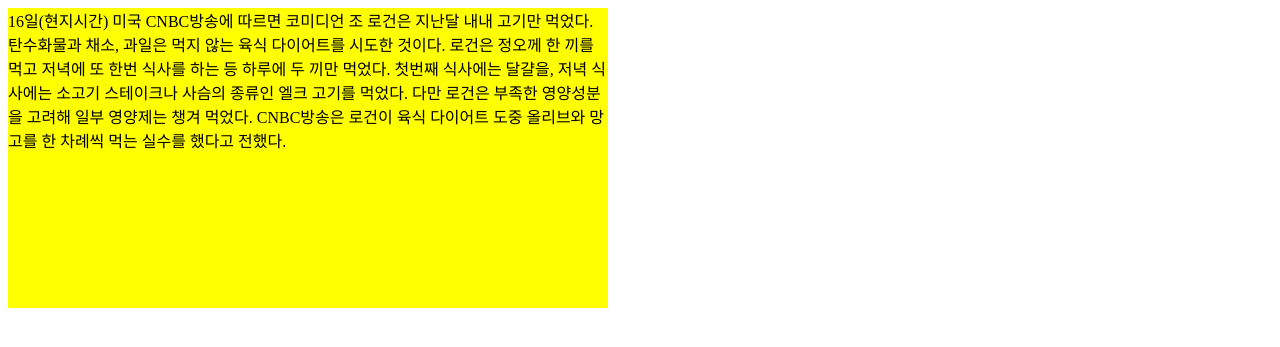
Repository: hminah0215/bitcamp
Page: http://localhost/day0217b/exam02/ex03.jsp
The author's editor kept a copy of each file at every save. The page is drawn from the files as they stood at one save, then again after the next save.
The browser window is 1280 px wide. The pictures show the whole page.
The page is served by Tomcat 9.

Above is the page before, as saved 2020-02-17 06:38:14.

### save_eclipse/day0217b/WebContent/exam02/ex03.jsp
<%@ page language="java" contentType="text/html; charset=UTF-8"
    pageEncoding="UTF-8"%>
<!DOCTYPE html>
<html>
<head>
<meta charset="UTF-8">
<title>Insert title here</title>
<style type="text/css">
	div{
		width: 600px;
		height: 300px;
		background: yellow;
	}
</style>
</head>
<body>
	<div>16일(현지시간) 미국 CNBC방송에 따르면 코미디언 조 로건은 지난달 내내 고기만 먹었다. 탄수화물과 채소, 과일은 먹지 않는 육식 다이어트를 시도한 것이다.
	로건은 정오께 한 끼를 먹고 저녁에 또 한번 식사를 하는 등 하루에 두 끼만 먹었다. 첫번째 식사에는 달걀을, 저녁 식사에는 소고기 스테이크나 사슴의 종류인 엘크 고기를 먹었다. 다만 로건은 부족한 영양성분을 고려해 일부 영양제는 챙겨 먹었다.
	CNBC방송은 로건이 육식 다이어트 도중 올리브와 망고를 한 차례씩 먹는 실수를 했다고 전했다.</div>
</body>
</html>

After the next save:
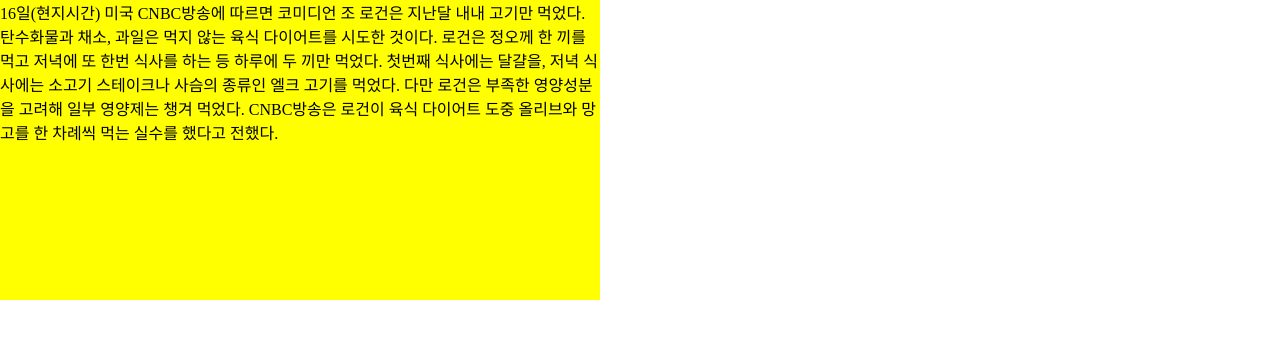
Saved 49 s later.
--- a/save_eclipse/day0217b/WebContent/exam02/ex03.jsp
+++ b/save_eclipse/day0217b/WebContent/exam02/ex03.jsp
@@ -6,6 +6,11 @@
 <meta charset="UTF-8">
 <title>Insert title here</title>
 <style type="text/css">
+	html,body{
+		margin: 0px;
+		padding: 0px;
+	}
+
 	div{
 		width: 600px;
 		height: 300px;
